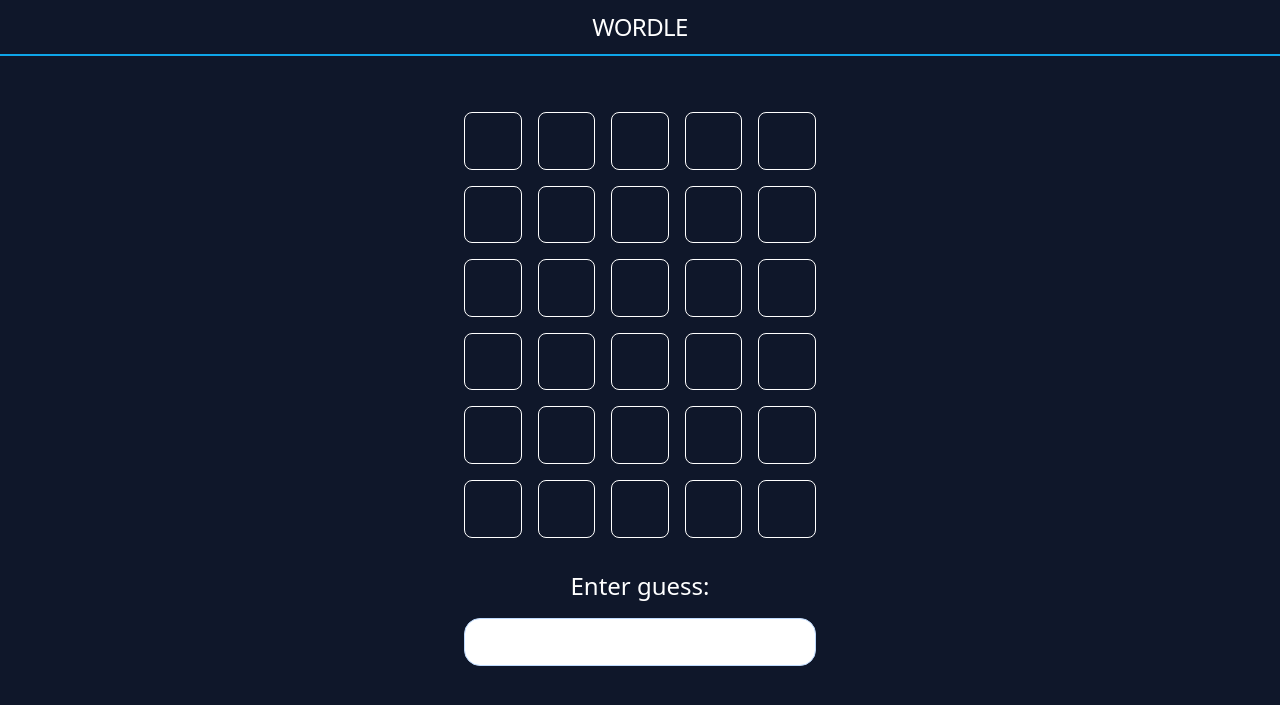
Repository: hjubsoni/basic-wordle-game
Page: / (app in client/)
An editor plug-in stored every save of this project. The page is shown before and after the next save, followed by the edit.
The browser window is 1280 px wide. The pictures show the whole page.
The page's requests for data from a server got no answer. The project was rebuilt for these pictures with package versions that can differ from the ones it lists, and the page was loaded fresh each time. No one was signed in, and anything a server would have sent is missing. Also part of the build but not shown: client/vite.config.ts.

Above is the page before, as saved 2023-01-28 18:15:25.

After the next save:
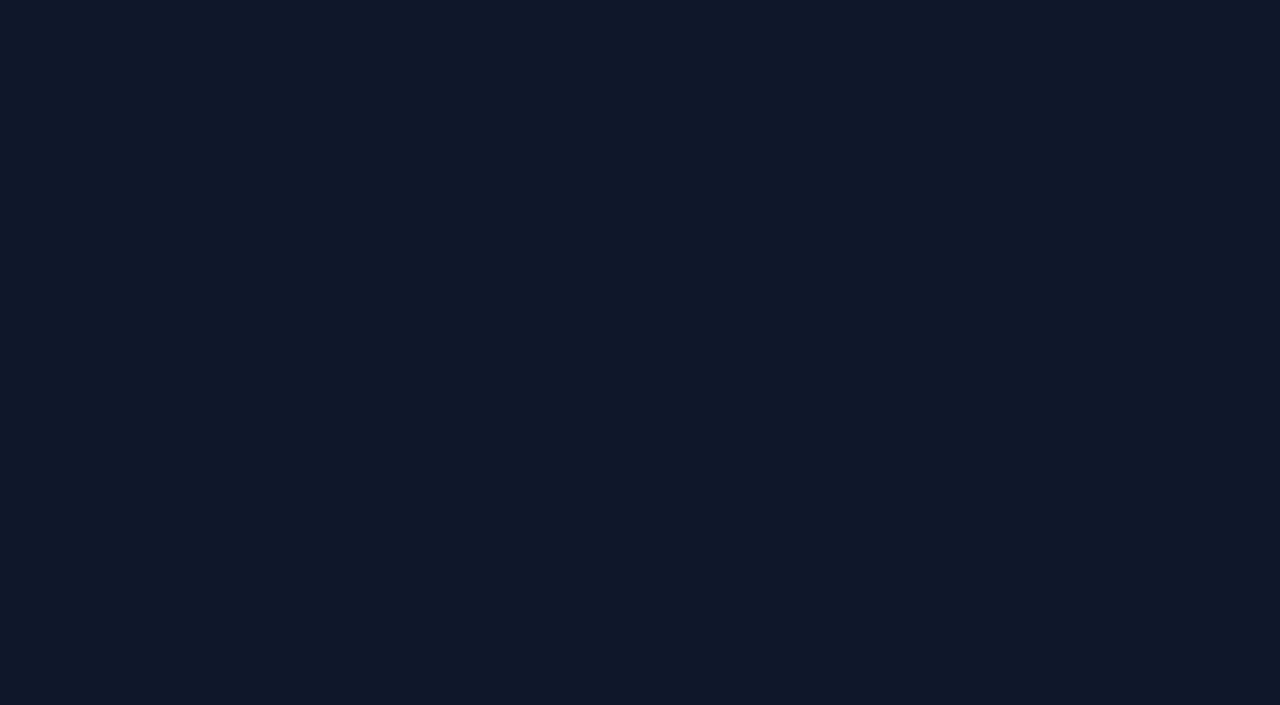
Console error: ReferenceError: currentChar is not defined
Saved 9 s later.
--- a/client/src/components/Row/Row.tsx
+++ b/client/src/components/Row/Row.tsx
@@ -9,15 +9,31 @@
   currentWord: string;
   correctWord: string;
 }) {
+  const checkGuess = (currentChar: string, correctWord: string) => {
+    if (!currentChar) return;
+    const chars = currentChar.split('');
+    return chars.map((char, idx) => {
+      let status;
+      if (char === correctWord[idx]) {
+        status = 'correct';
+      } else if (correctWord.includes(char)) {
+        status = 'misplaced';
+      } else {
+        status = 'incorrect';
+      }
+      return {
+        letter: currentChar,
+        status,
+      };
+    });
+  };
+
+  const result = checkGuess(currentChar, correctWord);
   return (
     <div className="flex gap-4">
       {range(5).map((_, cellIdx) => {
         return (
-          <Cell
-            key={cellIdx}
-            currentChar={currentWord[cellIdx]}
-            correctWord={correctWord}
-          />
+          <Cell key={cellIdx} currentChar={currentWord[cellIdx]} />
         );
       })}
     </div>

After the save that followed:
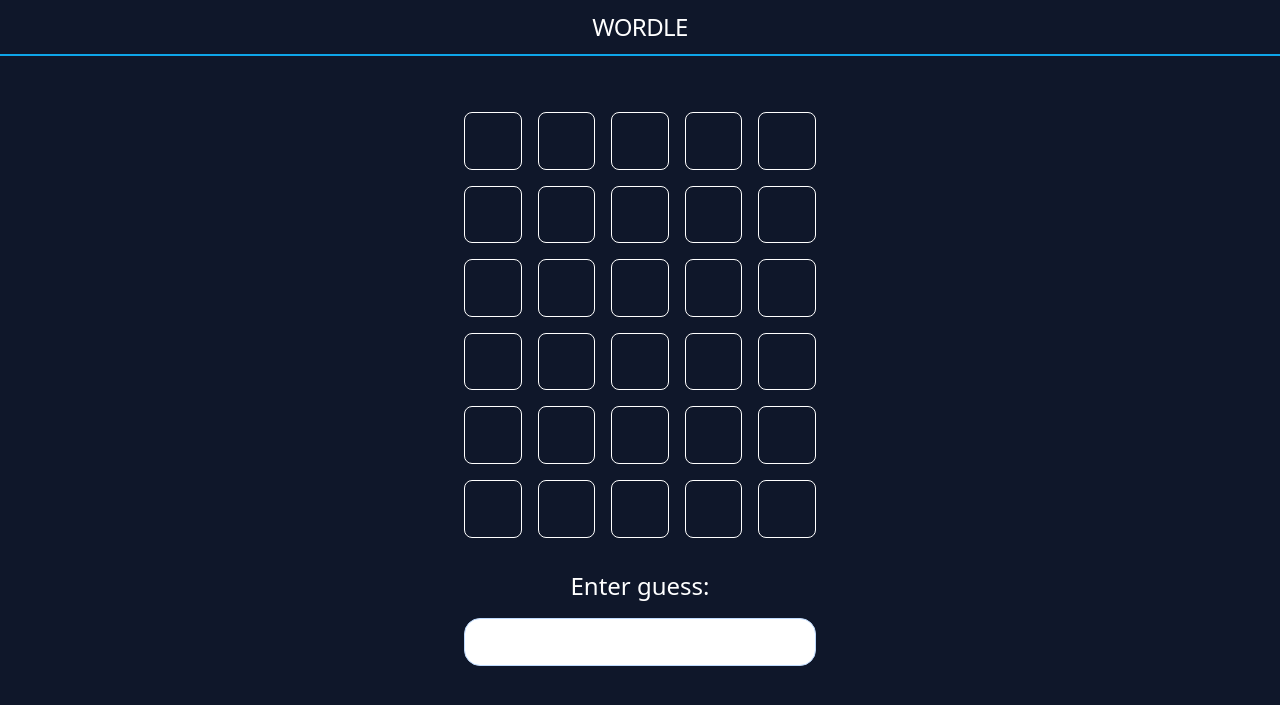
The error is gone.
Saved 32 s later.
--- a/client/src/components/Row/Row.tsx
+++ b/client/src/components/Row/Row.tsx
@@ -9,9 +9,9 @@
   currentWord: string;
   correctWord: string;
 }) {
-  const checkGuess = (currentChar: string, correctWord: string) => {
-    if (!currentChar) return;
-    const chars = currentChar.split('');
+  const checkGuess = (currentWord: string, correctWord: string) => {
+    if (!currentWord) return;
+    const chars = currentWord.split('');
     return chars.map((char, idx) => {
       let status;
       if (char === correctWord[idx]) {
@@ -22,13 +22,13 @@
         status = 'incorrect';
       }
       return {
-        letter: currentChar,
+        letter: currentWord,
         status,
       };
     });
   };
 
-  const result = checkGuess(currentChar, correctWord);
+  const result = checkGuess(currentWord, correctWord);
   return (
     <div className="flex gap-4">
       {range(5).map((_, cellIdx) => {
